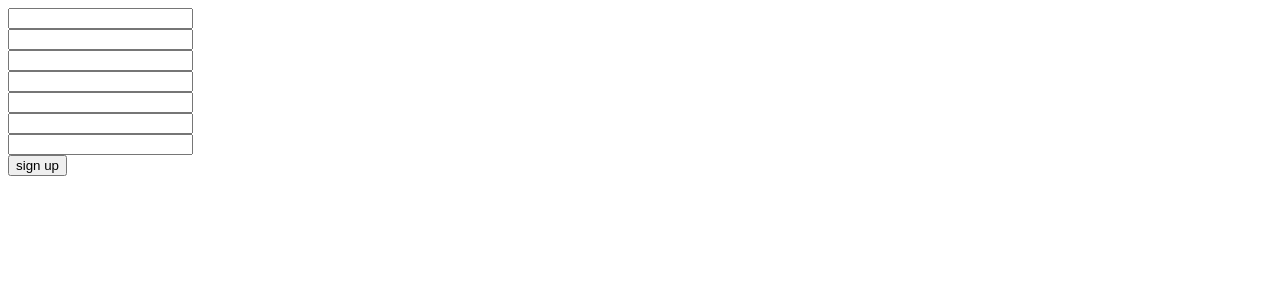
Repository: 9re9ori0426/Bootcamp
Page: webws/03_InputOutput/src/main/webapp/reg.html
The author's editor kept a copy of each file at every save. The page is drawn from the files as they stood at one save, then again after the next save.
The browser window is 1280 px wide. The pictures show the whole page.

Above is the page before, as saved 2026-10-20 07:32:26.

### webws/03_InputOutput/src/main/webapp/reg.html
<!DOCTYPE html>
<html>
<head>
<meta charset="UTF-8">
<title>Insert title here</title>
</head>
<body>
	<form action="">
		<div class="signup-row">
			<input>
		</div>
		<div class="signup-row">
			<input>
		</div>
		<div class="signup-row">
			<input>
		</div>
		<div class="signup-row">
			<input>
		</div>
		<div class="signup-row">
			<input>
		</div>
		<div class="signup-row">
			<input>
		</div>
		<div class="signup-row">
			<input>
		</div>


		<button>sign up</button>
	</form>
</body>
</html>

After the next save:
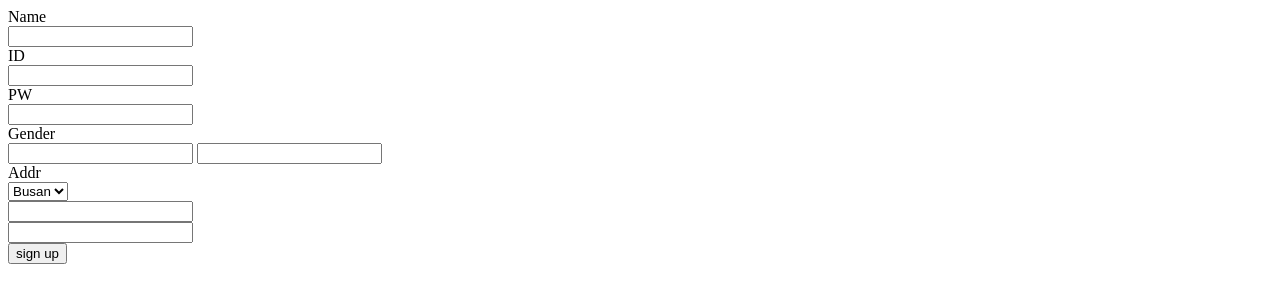
Saved 70 s later.
--- a/webws/03_InputOutput/src/main/webapp/reg.html
+++ b/webws/03_InputOutput/src/main/webapp/reg.html
@@ -7,19 +7,29 @@
 <body>
 	<form action="">
 		<div class="signup-row">
+			<div>Name</div>
 			<input>
 		</div>
 		<div class="signup-row">
+			<div>ID</div>
 			<input>
 		</div>
 		<div class="signup-row">
+			<div>PW</div>
 			<input>
 		</div>
 		<div class="signup-row">
+			<div>Gender</div>
+			<input>
 			<input>
 		</div>
 		<div class="signup-row">
-			<input>
+			<div>Addr</div>
+			<select>
+				<option>Busan</option>
+				<option>Seoul</option>
+				<option>asdf</option>
+			</select>
 		</div>
 		<div class="signup-row">
 			<input>
